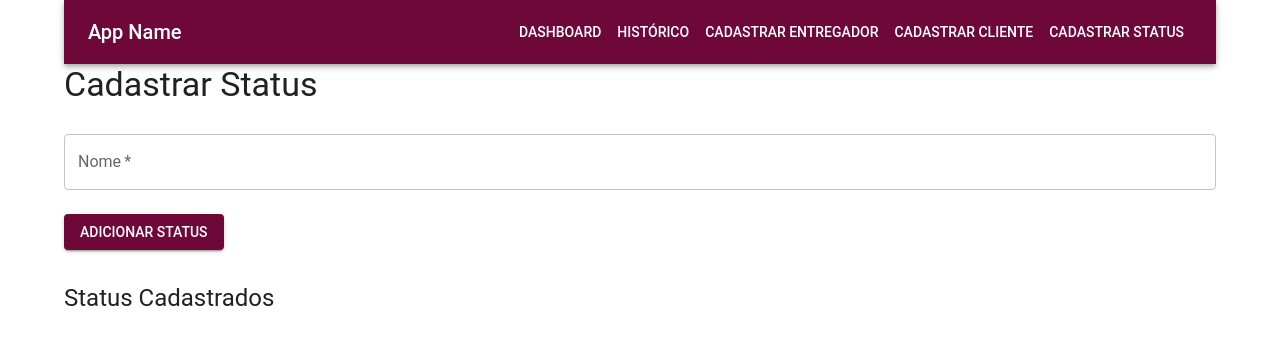
Repository: feliperanon/mobilegestao
Page: /add-status (app in frontend/)
The author's editor kept a copy of each file at every save. The page is drawn from the files as they stood at one save, then again after the next save.
The browser window is 1280 px wide. The pictures show the whole page.
The page's requests for data from a server got no answer. The project was rebuilt for these pictures with package versions that can differ from the ones it lists, and the page was loaded fresh each time. No one was signed in, and anything a server would have sent is missing. Also part of the build but not shown: frontend/webpack.config.js, frontend/src/pages/Home.js, frontend/src/pages/History.js, frontend/src/pages/Analysis.js, frontend/src/components/Dashboard.js, frontend/src/components/Login.js, frontend/src/components/Register.js, frontend/src/components/AddEntregador.js and 2 more.

Above is the page before, as saved 2024-07-20 21:17:15.

After the next save:
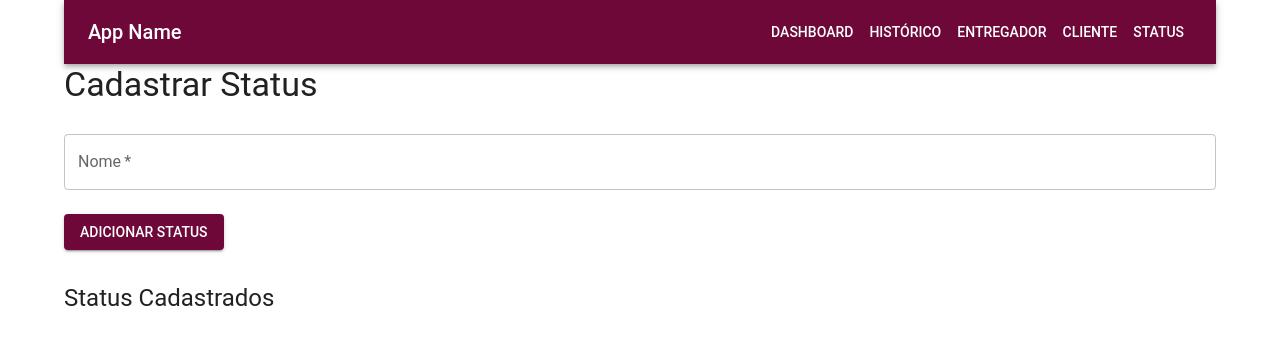
Saved 100 s later.
--- a/frontend/src/components/Navigation.js
+++ b/frontend/src/components/Navigation.js
@@ -11,9 +11,9 @@ const Navigation = () => {
         </Typography>
         <Button color="inherit" component={Link} to="/dashboard">Dashboard</Button>
         <Button color="inherit" component={Link} to="/history">Histórico</Button>
-        <Button color="inherit" component={Link} to="/add-entregador">Cadastrar Entregador</Button>
-        <Button color="inherit" component={Link} to="/add-cliente">Cadastrar Cliente</Button>
-        <Button color="inherit" component={Link} to="/add-status">Cadastrar Status</Button>
+        <Button color="inherit" component={Link} to="/add-entregador">Entregador</Button>
+        <Button color="inherit" component={Link} to="/add-cliente">Cliente</Button>
+        <Button color="inherit" component={Link} to="/add-status">Status</Button>
       </Toolbar>
     </AppBar>
   );
